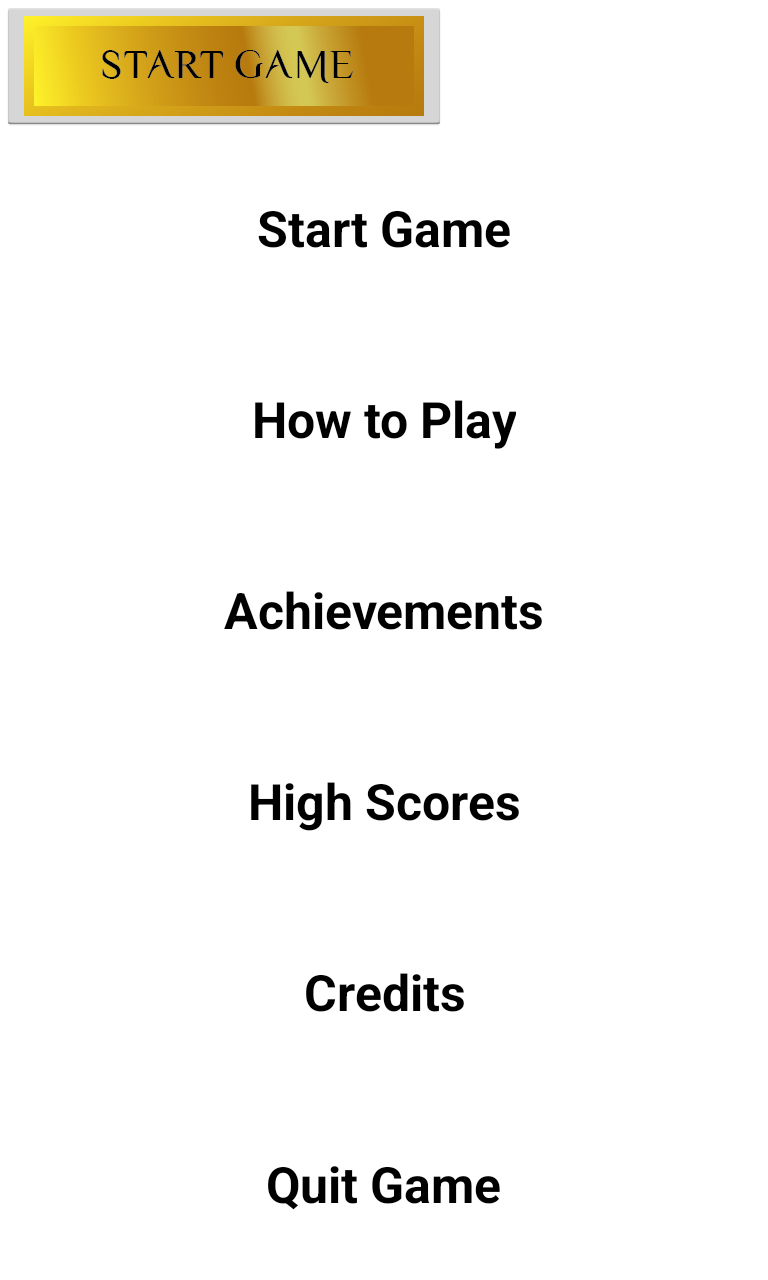
Repository: Zilter/IMT3671-Mobile-Project
Layout: GemSwapper/res/layout/activity_main.xml
The author's editor kept a copy of each file at every save. The layout is drawn from the files as they stood at one save, then again after the next save.
It is drawn on a 768 x 1280 px phone screen (xhdpi) without system bars, with theme AppTheme; the app's code is not run.

Above is the layout before, as saved 2012-12-04 11:30:59.

### GemSwapper/res/layout/activity_main.xml
<RelativeLayout xmlns:android="http://schemas.android.com/apk/res/android"
    xmlns:tools="http://schemas.android.com/tools"
    android:layout_width="fill_parent"
    android:layout_height="fill_parent" >

<!--     <ImageView -->
<!--         android:id="@+id/main_menu" -->
<!--         android:contentDescription="@string/imageDescription" -->
<!--         android:src="@drawable/ic_launcher.png" -->
<!--         android:layout_height="wrap_content" -->
<!--         android:layout_width="wrap_content" -->
<!--         android:layout_alignParentRight="true" -->
<!--         android:layout_centerVertical="true" -->
<!--         android:layout_marginRight="25dp"  -->
<!--     /> -->

    <LinearLayout
        android:layout_width="fill_parent"
        android:layout_height="fill_parent"
        android:orientation="vertical" >

     	<ImageButton
     	    android:contentDescription="@string/imageDescription"
     	    android:id="@+id/start_game_button"
     	    android:layout_height="wrap_content"
     	    android:layout_width="wrap_content"
     	    android:src="@drawable/start_game_01"
     	    />

        <TextView
            android:id="@+id/start_game"
            style="@style/MenuFont"
            android:layout_width="wrap_content"
            android:layout_gravity="center"
            android:text="@string/start_game" />

        <TextView
            android:id="@+id/how_to"
            style="@style/MenuFont"
            android:layout_width="wrap_content"
            android:layout_gravity="center"
            android:text="@string/how_to_play" />

        <TextView
            android:id="@+id/achievements"
            style="@style/MenuFont"
            android:layout_width="wrap_content"
            android:layout_gravity="center"
            android:text="@string/achievements" />

        <TextView
            android:id="@+id/high_score"
            style="@style/MenuFont"
            android:layout_width="wrap_content"
            android:layout_gravity="center"
            android:text="@string/high_score" />

        <TextView
            android:id="@+id/credits"
            style="@style/MenuFont"
            android:layout_width="wrap_content"
            android:layout_gravity="center"
            android:text="@string/credits" />

        <TextView
            android:id="@+id/quit_game"
            style="@style/MenuFont"
            android:layout_width="wrap_content"
            android:layout_gravity="center"
            android:text="@string/quit_game" />


    </LinearLayout>

</RelativeLayout>

### GemSwapper/res/values/strings.xml
<?xml version="1.0" encoding="utf-8"?>
<resources>

    <string name="app_name">GemSwapper</string>
    <string name="menu_settings">Settings</string>

    <!-- activities -->
    <string name="title_activity_main">MainActivity</string>
    <string name="title_activity_highscore">HighscoreActivity</string>
    <string name="title_activity_credits">CreditsActivity</string>

    <!-- Main Menu & Menu Buttons -->
    <string name="start_game">Start Game</string>
    <string name="how_to_play">How to Play</string>
    <string name="achievements">Achievements</string>
    <string name="high_score">High Scores</string>
    <string name="credits">Credits</string>
    <string name="quit_game">Quit Game</string>
    <string name="imageDescription">This is an image</string>

    <!-- Activity - How To Play -->
    <string name="howToPlayGame1">Tilt your phone in the direction you want to move.</string>
    <string name="howToPlayGame2">The goal of the game is to survive for as long as you can without hitting the edge of your screen.</string>
    <string name="howToImage1">Tilt</string>

    <!-- Activity - Credits -->
    <string name="creditsMain">Credits</string>
    <string name="creators">This game was created by Christian Stokkebekk, Christian Holt and
        Øyvind Nordli for an assignment in Mobile Systems Programming at Gjøvik University College (GUC)</string>

    <!-- Activity - High Score -->
    <string name="highScoreMain">High Score</string>
    <string name="name">Name:\t</string>
    <string name="highscore">Score:\t</string>
    <string name="loading">Please wait, loading data</string>
    <string name="hello_world">Hello world!</string>
    <string name="title_activity_game">Game</string>
    <string name="title_activity_achievements">Achievements</string>
    <string name="title_activity_how_to">HowToActivity</string>

</resources>

Loaded but not shown: GemSwapper/res/values-v11/styles.xml (common file); GemSwapper/res/values-v14/styles.xml (common file); GemSwapper/res/values/styles.xml (common file)

After the next save:
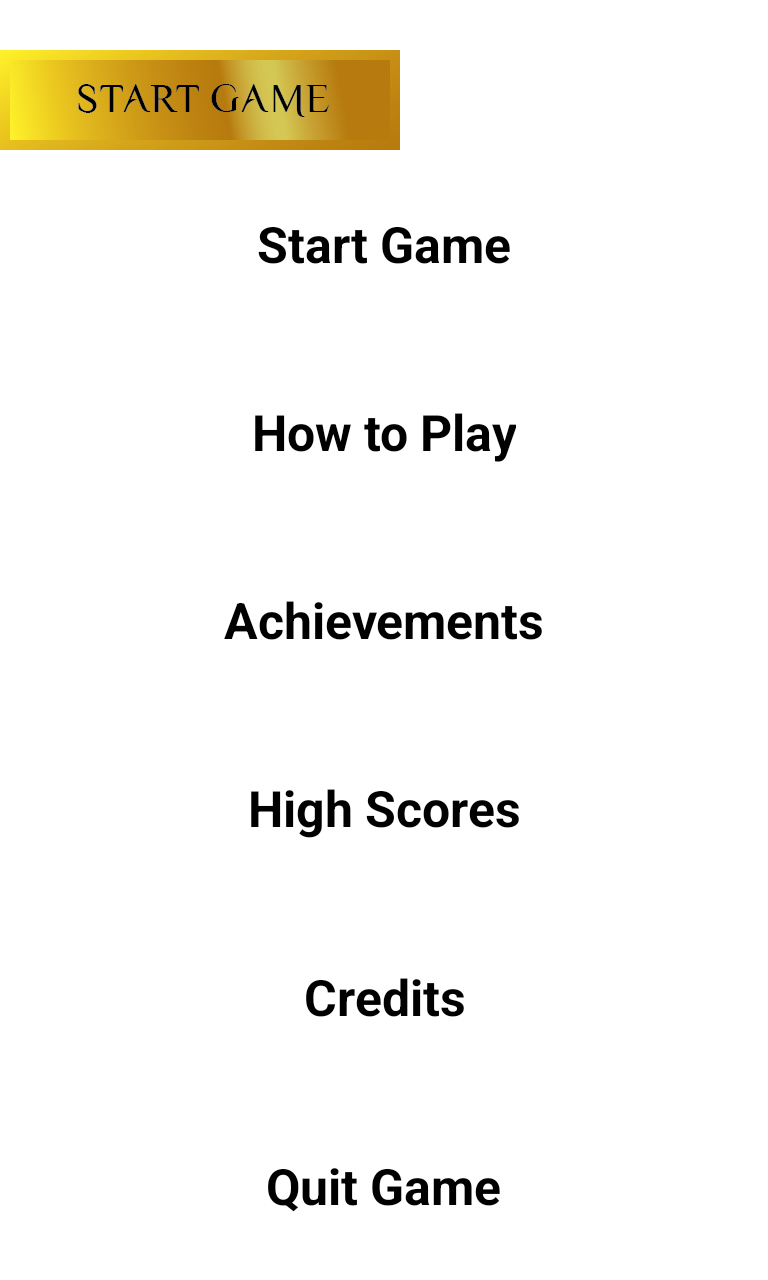
Saved 6 min 36 s later.
--- a/GemSwapper/res/layout/activity_main.xml
+++ b/GemSwapper/res/layout/activity_main.xml
@@ -24,7 +24,9 @@
      	    android:id="@+id/start_game_button"
      	    android:layout_height="wrap_content"
      	    android:layout_width="wrap_content"
-     	    android:src="@drawable/start_game_01"
+     	    android:background="@drawable/start_game_01"
+     	    android:layout_gravity="center_vertical"
+     	    android:layout_marginTop="25dp"
      	    />
 
         <TextView
